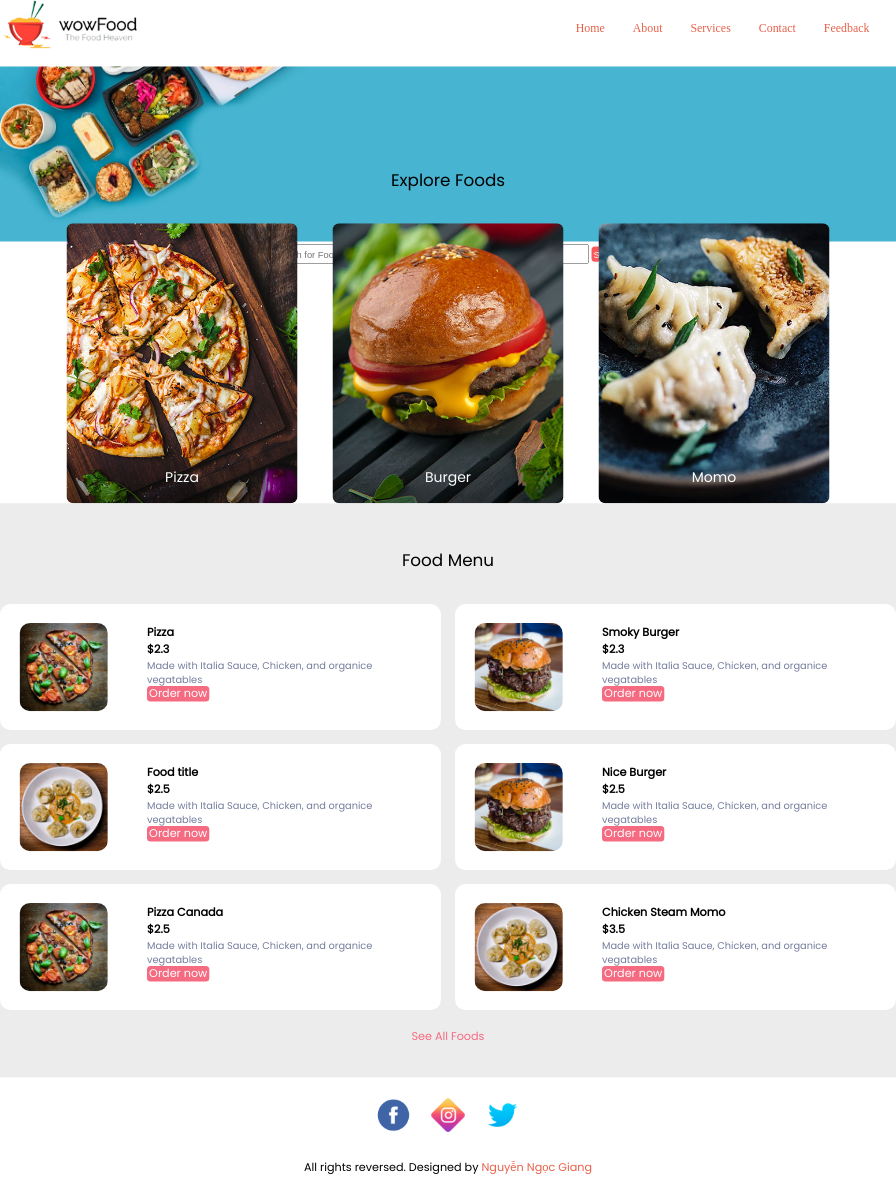
Repository: ruaruababa/WowFood
Page: index.html
The author's editor kept a copy of each file at every save. The page is drawn from the files as they stood at one save, then again after the next save.
The browser window is 1280 px wide. The pictures show the whole page, at 70% of full size.

Above is the page before, as saved 2021-09-19 11:01:23.

After the next save:
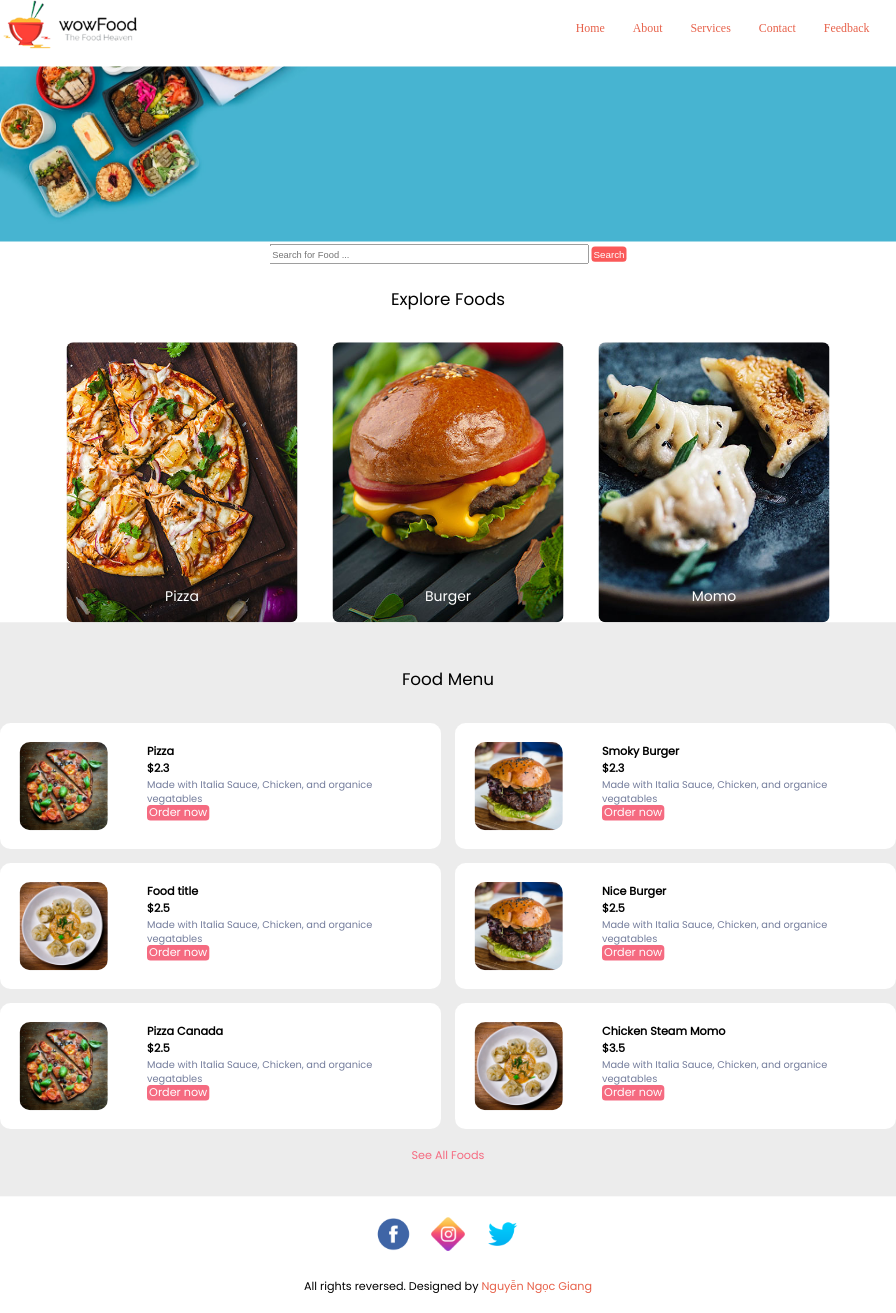
Saved 51 s later.
--- a/index.html
+++ b/index.html
@@ -39,7 +39,7 @@
         <li><a href="#">Feedback</a></li>
       </ul>
     </nav>
-    <nav>
+    <se>
       <div class="container-nav">
         <div class="background-search">
           <img src="./img/bg.jpg" alt="bgr-search" />
@@ -54,7 +54,7 @@
           <input type="button" value="Search" class="btn-search" />
         </div>
       </div>
-    </nav>
+    </se>
     <section>
       <div class="container-section">
         <div class="explore-food">Explore Foods</div>
